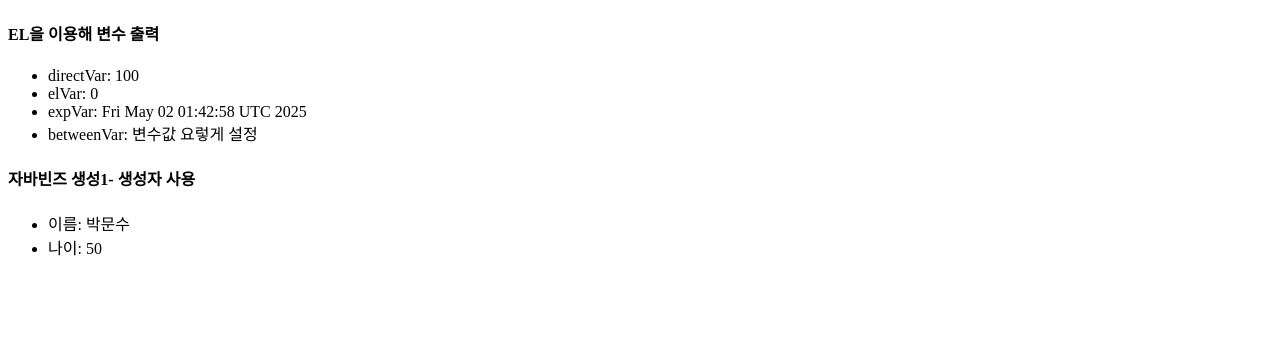
Repository: Motibidu/JSP_Servlet
Page: http://localhost/MushHaveJsp/11JSTL/core/Set1.jsp
The author's editor kept a copy of each file at every save. The page is drawn from the files as they stood at one save, then again after a run of saves.
The browser window is 1280 px wide. The pictures show the whole page.
The page is served by Tomcat 10. Other server files are loaded and not shown.

Above is the page before, as saved 2025-05-12 07:38:33.

### MushHaveJsp/src/main/webapp/11JSTL/core/Set1.jsp
<%@page import="common.Person"%>
<%@page import="java.util.Date"%>
<%@ page language="java" contentType="text/html; charset=UTF-8"
    pageEncoding="UTF-8"%>
<%@ taglib prefix= "c" uri="jakarta.tags.core" %>
<!DOCTYPE html>
<html>
<head>
<meta charset="UTF-8">
<title>JSTL- set1</title>
</head>
<body>
	<c:set var= "directVar" value= "100"/>
	<c:set var="elVar" value="${ directVar mod 5}"/>
	<c:set var="expVar" value="<%= new Date() %>"/>
	<c:set var="betweenVar">변수값 요렇게 설정</c:set>

	<h4>EL을 이용해 변수 출력</h4>
	<ul>
		<li>directVar: ${ pageScope.directVar }</li>
		<li>elVar: ${ elVar }</li>
		<li>expVar: ${ expVar }</li>
		<li>betweenVar: ${ betweenVar }</li>
	</ul>

	<h4>자바빈즈 생성1- 생성자 사용</h4>
	<c:set var= "personVar1" value= '<%= new Person("박문수", 50) %>' scope="request"/>
	<ul>
		<li>이름: ${ requestScope.personVar1. name }</li>
		<li>나이: ${ personVar1.age }</li>
	</ul>

</body>
</html>

### MushHaveJsp/src/main/java/common/Person.java
package common;

public class Person
{
	private String name;
	private int age;


	public Person()	{}

	public Person(String name, int age)
	{
		super();
		this.name = name;
		this.age = age;
	}

	public String getName()
	{
		return name;
	}

	public void setName(String name)
	{
		this.name = name;
	}

	public int getAge()
	{
		return age;
	}

	public void setAge(int age)
	{
		this.age = age;
	}




}

After the next 3 saves:
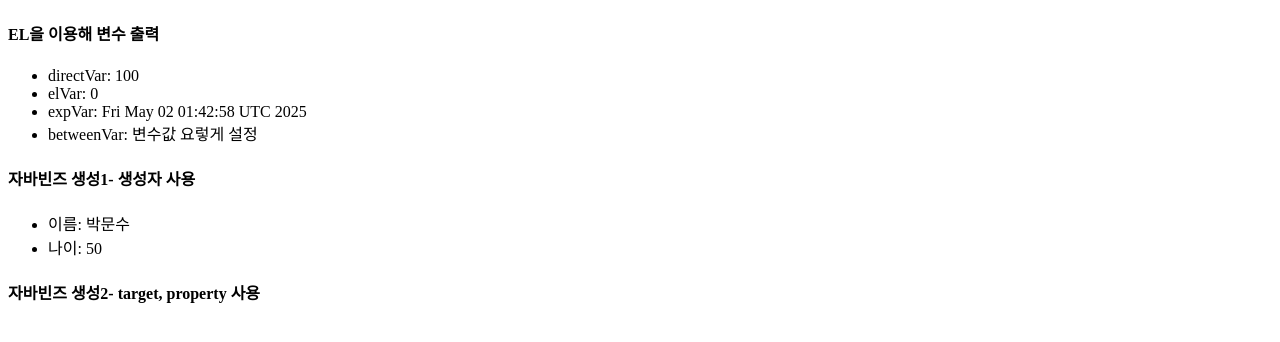
The 3 saves are shown as one change because 2 did not build or start.
The last was saved 77 s later.
--- a/MushHaveJsp/src/main/webapp/11JSTL/core/Set1.jsp
+++ b/MushHaveJsp/src/main/webapp/11JSTL/core/Set1.jsp
@@ -30,5 +30,11 @@
 		<li>나이: ${ personVar1.age }</li>
 	</ul>
 
+	<h4>자바빈즈 생성2- target, property 사용</h4>
+	<c:set var= "personVar2" value= "<%= new Person() %>" scope= "request"/>
+	<c:set target= "${personVar2 }" property= "name" value= "정약용"/>
+	<c:set target= "${personVar2 }" property= "age" value= "60"/>
+
+
 </body>
 </html>
